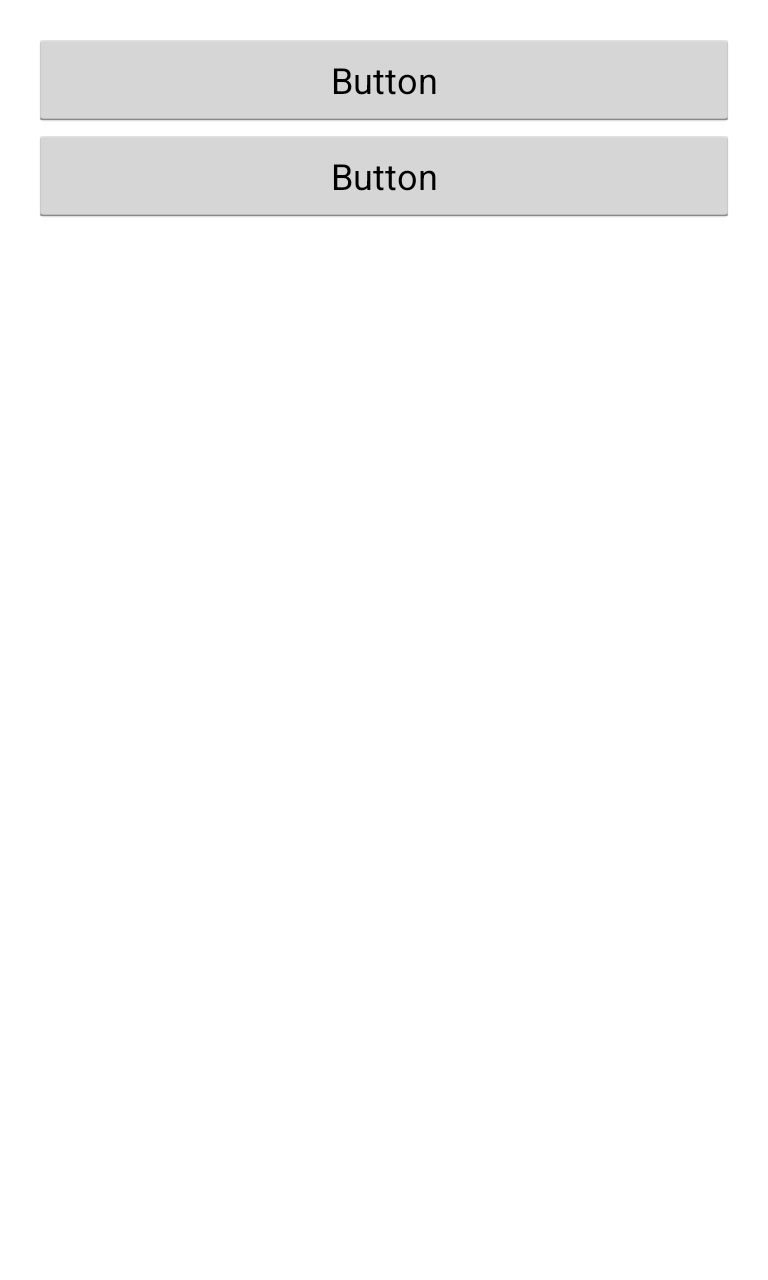
Repository: krishnaray/Android-Mithun
Layout: OrientationApp/res/layout/activity_main.xml
An editor plug-in stored every save of this project. The layout is shown before and after the next save, followed by the edit.
It is drawn on a 768 x 1280 px phone screen (xhdpi) without system bars, with theme AppTheme; the app's code is not run.

Above is the layout before, as saved 2015-02-07 20:38:12.

After the next save:
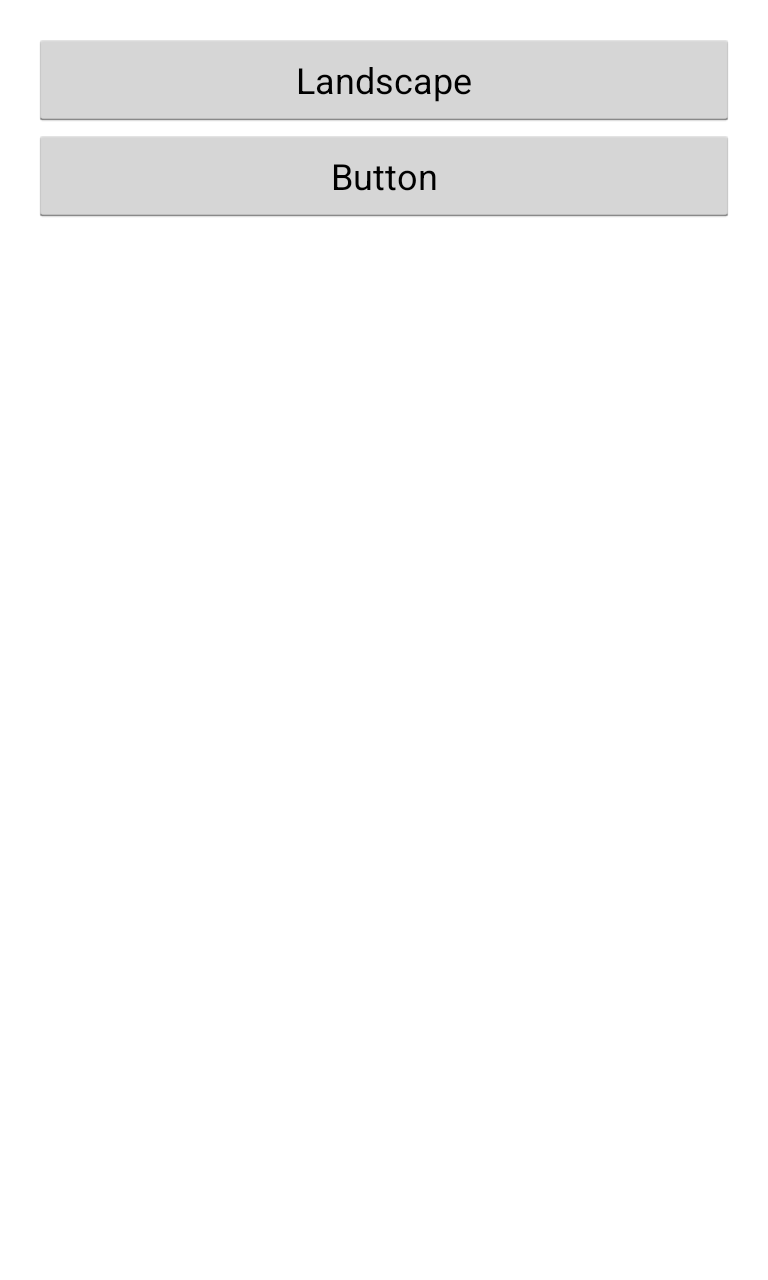
Saved 10 s later.
--- a/OrientationApp/res/layout/activity_main.xml
+++ b/OrientationApp/res/layout/activity_main.xml
@@ -18,7 +18,7 @@
             android:id="@+id/button1"
             android:layout_width="match_parent"
             android:layout_height="wrap_content"
-            android:text="Button" />
+            android:text="Landscape" />
 
         <Button
             android:id="@+id/button2"
